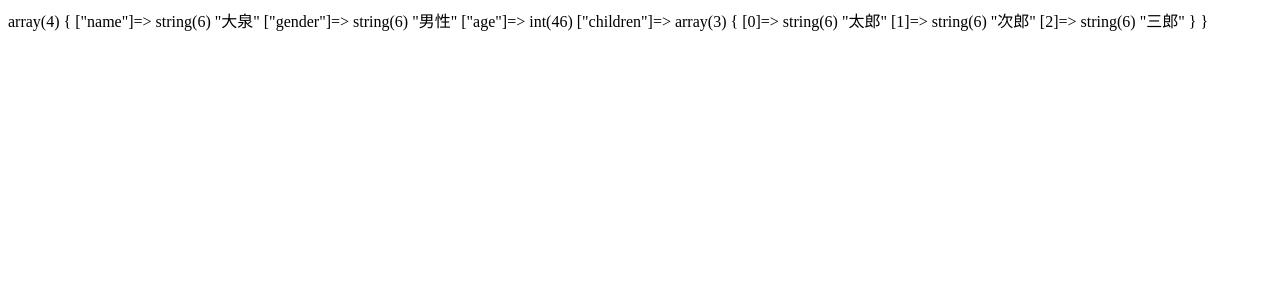
Repository: myojosamurai/Samurai_JS-
Page: http://localhost/php/func.php
The author's editor kept a record of every edit. The page is drawn from the files as they stood at one moment, then again after the next edit.
The browser window is 1280 px wide. The pictures show the whole page.
The page is run by PHP 8.4 with error messages shown; the project is at /var/www/html/.

Above is the page before.

### php/func.php
<?php
$data = [
    "name"=>"大泉",
    "gender"=>"男性",
    "age"=>46,
    "children"=>["太郎", "次郎", "三郎"]
];

#$data['children'] = ["太郎", "次郎", "三郎"];

var_dump($data);

#var_dump($data['children']);



?>

After the next edit:
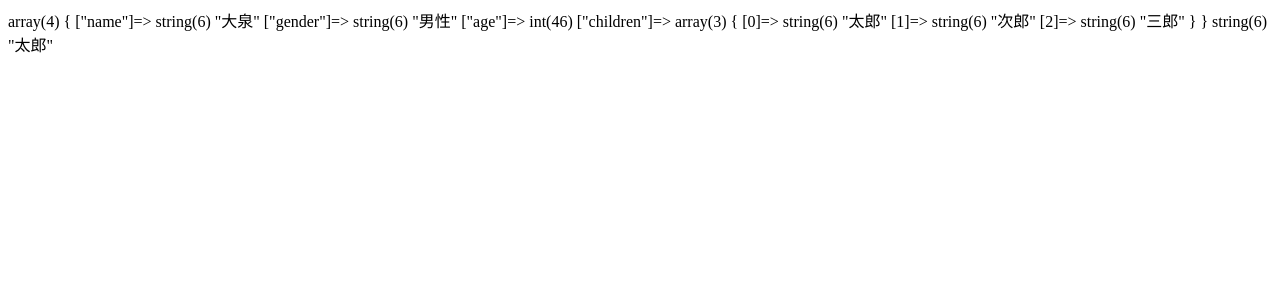
The edit:
--- a/php/func.php
+++ b/php/func.php
@@ -12,6 +12,6 @@
 
 #var_dump($data['children']);
 
-
+var_dump($data["children"][0] );
 
 ?>
